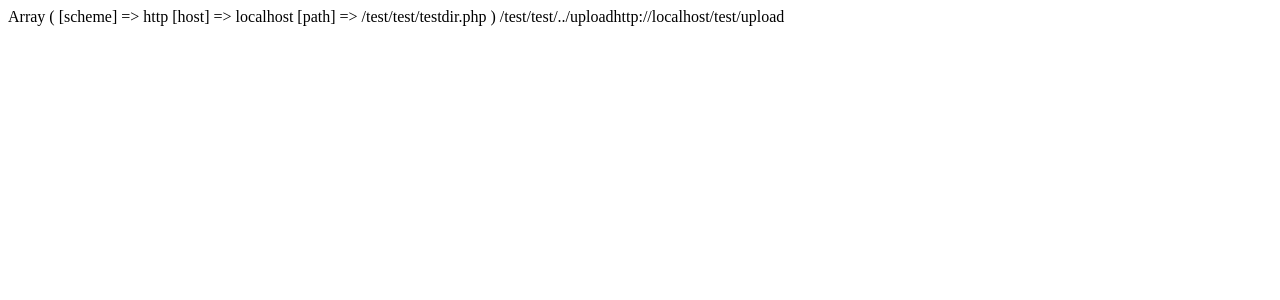
Repository: SolarHalo/dbe
Page: http://localhost/test/testdir.php
The author's editor kept a copy of each file at every save. The page is drawn from the files as they stood at one save, then again after the next save.
The browser window is 1280 px wide. The pictures show the whole page.
The page is run by PHP 8.4 with error messages shown; the project is at /var/www/html/.

Above is the page before, as saved 2013-03-22 03:42:36.

After the next save:
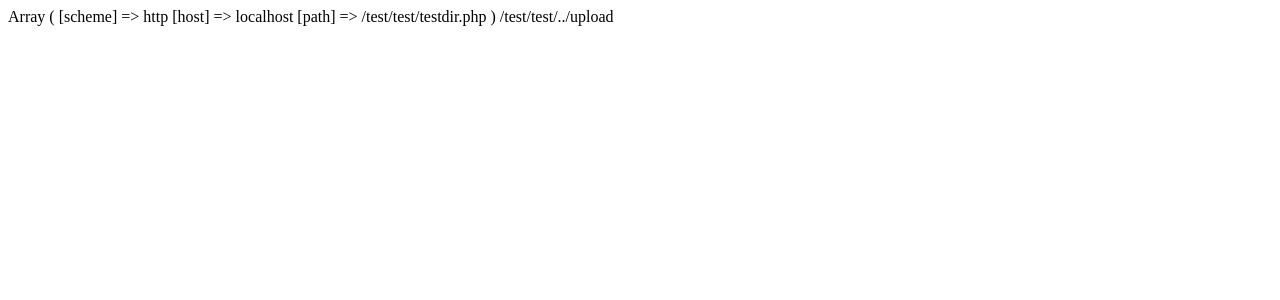
Saved 49 s later.
--- a/test/test/testdir.php
+++ b/test/test/testdir.php
@@ -45,7 +45,7 @@ function format_url($srcurl, $baseurl) {
 
 $srcurl = '../upload';
 $baseurl = 'http://localhost/test/test/testdir.php';
-echo format_url($srcurl, $baseurl);
+format_url($srcurl, $baseurl);
 //echo "<br/>http://".$_SERVER ['HTTP_HOST'];
 //$url_this =  "http://".$_SERVER ['HTTP_HOST'].$_SERVER['PHP_SELF'];
 //echo $url_this;
